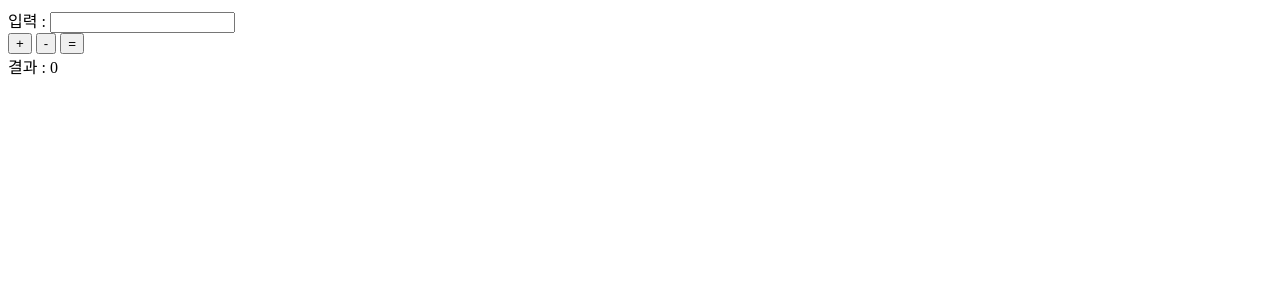
Repository: SongYG77/JSP-Servlet-practice
Page: JSPPrj/WebContent/calc2.html
These files come from the project's save history. The page is drawn as it stood at one moment and after the next save; the edit follows.
The browser window is 1280 px wide. The pictures show the whole page.

Above is the page before, as saved 2021-01-20 03:18:30.

### JSPPrj/WebContent/calc2.html
<!DOCTYPE html>
<html>
<head>
<meta charset="UTF-8">
<title>Insert title here</title>
</head>
<body>
	<form action = "calc" method = "post">
		<div>
			<label>입력 : </label>
			<input type = "text" name = "v">
		</div>
		<div>
			<input type="submit" name = "button" value = "+">
			<input type="submit" name = "button" value = "-">
			<input type="submit" name = "button" value = "=">
		</div>
		<div>
			결과 : 0
		</div>
	</form>
</body>
</html>

After the next save:
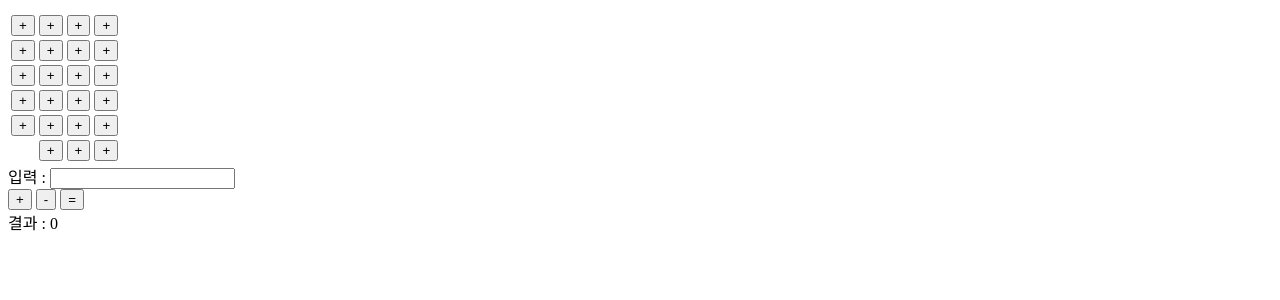
Saved 2 min 7 s later.
--- a/JSPPrj/WebContent/calc2.html
+++ b/JSPPrj/WebContent/calc2.html
@@ -5,7 +5,49 @@
 <title>Insert title here</title>
 </head>
 <body>
-	<form action = "calc" method = "post">
+	<form action = "calc2" method = "post">
+	<table>
+		<tr>
+			<td colspan="4"></td>
+		</tr>
+		<tr>
+			<td><input type="submit" name = "button" value = "+"></td>
+			<td><input type="submit" name = "button" value = "+"></td>
+			<td><input type="submit" name = "button" value = "+"></td>
+			<td><input type="submit" name = "button" value = "+"></td>
+		</tr>
+		<tr>
+			<td><input type="submit" name = "button" value = "+"></td>
+			<td><input type="submit" name = "button" value = "+"></td>
+			<td><input type="submit" name = "button" value = "+"></td>
+			<td><input type="submit" name = "button" value = "+"></td>
+		</tr>
+		<tr>
+			<td><input type="submit" name = "button" value = "+"></td>
+			<td><input type="submit" name = "button" value = "+"></td>
+			<td><input type="submit" name = "button" value = "+"></td>
+			<td><input type="submit" name = "button" value = "+"></td>
+		</tr>
+		<tr>
+			<td><input type="submit" name = "button" value = "+"></td>
+			<td><input type="submit" name = "button" value = "+"></td>
+			<td><input type="submit" name = "button" value = "+"></td>
+			<td><input type="submit" name = "button" value = "+"></td>
+		</tr>
+		<tr>
+			<td><input type="submit" name = "button" value = "+"></td>
+			<td><input type="submit" name = "button" value = "+"></td>
+			<td><input type="submit" name = "button" value = "+"></td>
+			<td><input type="submit" name = "button" value = "+"></td>
+		</tr>
+		<tr>
+			<td></td>
+			<td><input type="submit" name = "button" value = "+"></td>
+			<td><input type="submit" name = "button" value = "+"></td>
+			<td><input type="submit" name = "button" value = "+"></td>
+		</tr>
+
+	</table>
 		<div>
 			<label>입력 : </label>
 			<input type = "text" name = "v">
